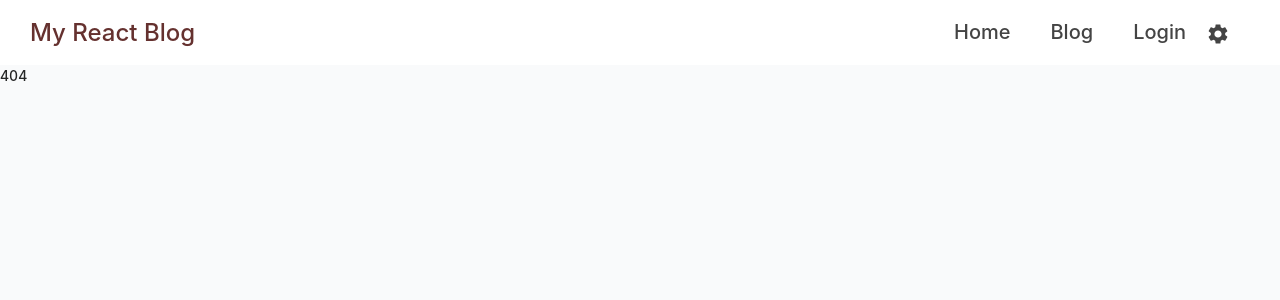
Repository: Kaycee-attah/react_blog
Page: /
These files come from the project's save history. The page is drawn as it stood at one moment and after the next save; the edit follows.
The browser window is 1280 px wide. The pictures show the whole page.
The project was rebuilt for these pictures with package versions that can differ from the ones it lists, and the page was loaded fresh each time.

Above is the page before, as saved 2021-10-09 19:46:56.

After the next save:
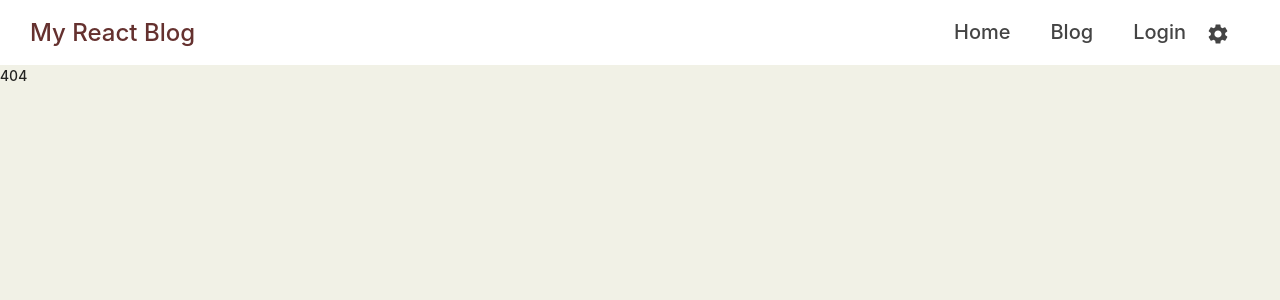
Saved 4 min 58 s later.
--- a/src/assets/scss/_variables.scss
+++ b/src/assets/scss/_variables.scss
@@ -1,5 +1,5 @@
 /*      ----------      all colors for different points in the appliation(normal screen size eg laptops)      -----------------------------------------      */
-$body-background-color: hsl(210, 17%, 98%);
+$body-background-color: #F1F1E6;
 $title-text-color: #65312F;
 $text-color: #65312F;
 $input-type-checkbox-Checked: #f8f8f8;
@@ -14,5 +14,5 @@ $toggle-checkbox-lightMode-check-before-backgroundColor: #f8f8f8;
 $toggle-checkbox-darkMode-check-after-backgroundColor: #092c3e;
 
 /*      ----------      all colors for different points in the appliation(smaller screen sizes eg mobile devies, tablets)      -----------------------------------------      */
-$sideBar-backgroundColor: #F1F1E6;
+$sideBar-backgroundColor: #65312F;
 $text-colors-for-smaller-screen-sizes: #ffffff;
